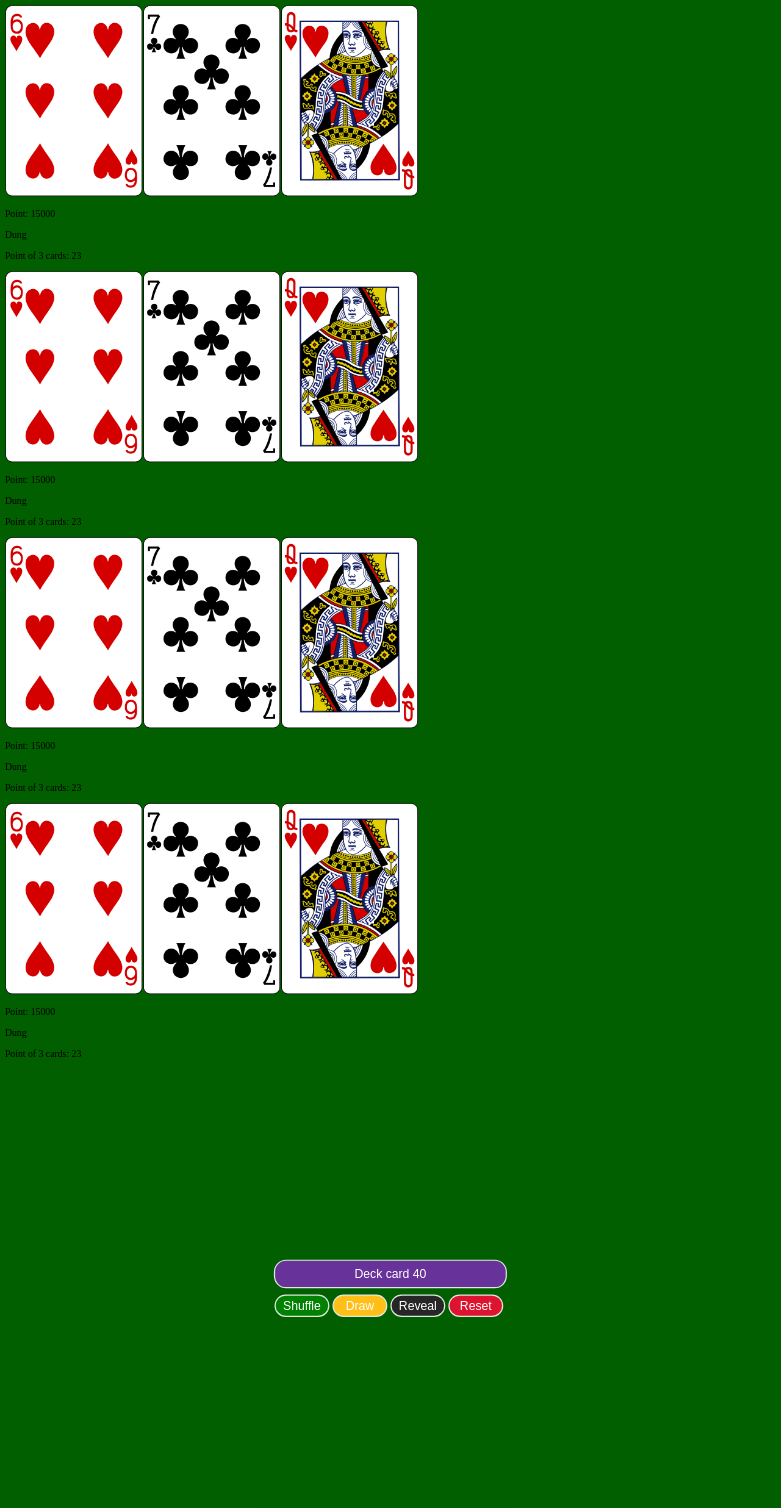
Repository: tiendungjr123/app-baicao
Page: /
The author's editor kept a copy of each file at every save. The page is drawn from the files as they stood at one save, then again after the next save.
The browser window is 1280 px wide. The pictures show the whole page, at 61% of full size.
The page's requests for data from a server got no answer. The project was rebuilt for these pictures with package versions that can differ from the ones it lists, and the page was loaded fresh each time. No one was signed in, and anything a server would have sent is missing. Also part of the build but not shown: src/index.css.

Above is the page before, as saved 2022-10-11 01:53:02.

### src/index.js
import React from 'react';
import ReactDOM from 'react-dom/client';
import './index.css';
import App from './App';

const root = ReactDOM.createRoot(document.getElementById('root'));
root.render(
      <App />
);

### src/App.js
import './App.css';
import CardList from './Components/cardList';
import Table from './Components/table';

function App() {
   return (
      <div className="app">
         <CardList />
         <Table />
      </div>

   );
}

export default App;

### src/App.css
@import "./Scss/style.css";

### src/Components/cardList.jsx
import React from 'react';
import Card from './card';
const CardList = () => {
   return (
      <>
         <div className="card-top">
            <Card />
         </div>
         <div className="card-left">
            <Card />
         </div>
         <div className="card-right">
            <Card />
         </div>
         <div className="card-bottom">
            <Card />
         </div>
      </>
   );
}

export default CardList;

### src/Components/table.jsx
import React ,{useEffect, useState} from 'react';
import { getDrawCard, getShuffleCard } from '../apis';


const Table = () => {
   const [deck_id, setDect_id] = useState('');
   useEffect(() =>{
      getShuffleCard().then((res) =>{
         setDect_id(res.data.deck_id);
      })
   },[]);

   // useEffect(()=>{
   //    getDrawCard().then((res)=>{
   //       console.log(res.data)
   //    })
   // },[deck_id])
   const ShuffleCard = () =>{
   }
   return (
      <div className='table'>
         <button className='btn-deck-card'>Deck card 40</button>
         <div className='btn-action'>
            <button onClick={ShuffleCard} className='btn btn-shuffle'>Shuffle</button>
            <button className='btn btn-draw'>Draw</button>
            <button className='btn btn-reveal'>Reveal</button>
            <button className='btn btn-reset'>Reset</button>
         </div>
      </div>
   );
}

export default Table;

### src/Scss/style.css
.table {
  height: 100vh;
  display: flex;
  justify-content: center;
  align-items: center;
  flex-direction: column;
}
.table .btn-deck-card {
  border: 2px solid #DFE8DE;
  border-radius: 20px;
  color: #fff;
  font-size: 20px;
  font-weight: 400;
  background-color: #673299;
  padding: 10px 130px;
  margin-bottom: 10px;
}
.table .btn-action .btn {
  border: 2px solid #DFE8DE;
  border-radius: 20px;
  color: #fff;
  font-size: 20px;
  font-weight: 400;
  margin-right: 5px;
  padding: 5px 10px;
  width: 90px;
  cursor: pointer;
}
.table .btn-action .btn-shuffle {
  background-color: #008101;
}
.table .btn-action .btn-draw {
  background-color: #FFBF18;
}
.table .btn-action .btn-reveal {
  background-color: #262627;
}
.table .btn-action .btn-reset {
  background-color: #dd142f;
}

body {
  background-color: #015F00;
  height: 100vh;
}/*# sourceMappingURL=style.css.map */

### src/Components/card.jsx
import React from 'react';
import img_6H from '../assets/images/6H.png';
import img_7C from '../assets/images/7C.png';
import img_QH from '../assets/images/QH.png';
const Card = () => {
   return (
      <div className='card'>
         <div className='card-img'>
            <img  src={img_6H} alt="6h" />
            <img  className='img-center' src={img_7C} alt="7c" />
            <img  src={img_QH} alt="qh" />
         </div>
         <p className='point'>Point: 15000</p>
         <p className='user'>Dung</p>
         <p className='point'>Point of 3 cards: 23</p>
      </div>
   );
}

export default Card;

### src/apis/index.js
import axios from 'axios';

export const getShuffleCard = () =>
   axios.get('https://deckofcardsapi.com/api/deck/new/shuffle/?deck_count=1');

export const getDrawCard = (deck_id) =>
   axios.get(`https://deckofcardsapi.com/api/deck/${deck_id}/draw/?count=2`);

Loaded but not shown: public/index.html (common file)

After the next save:
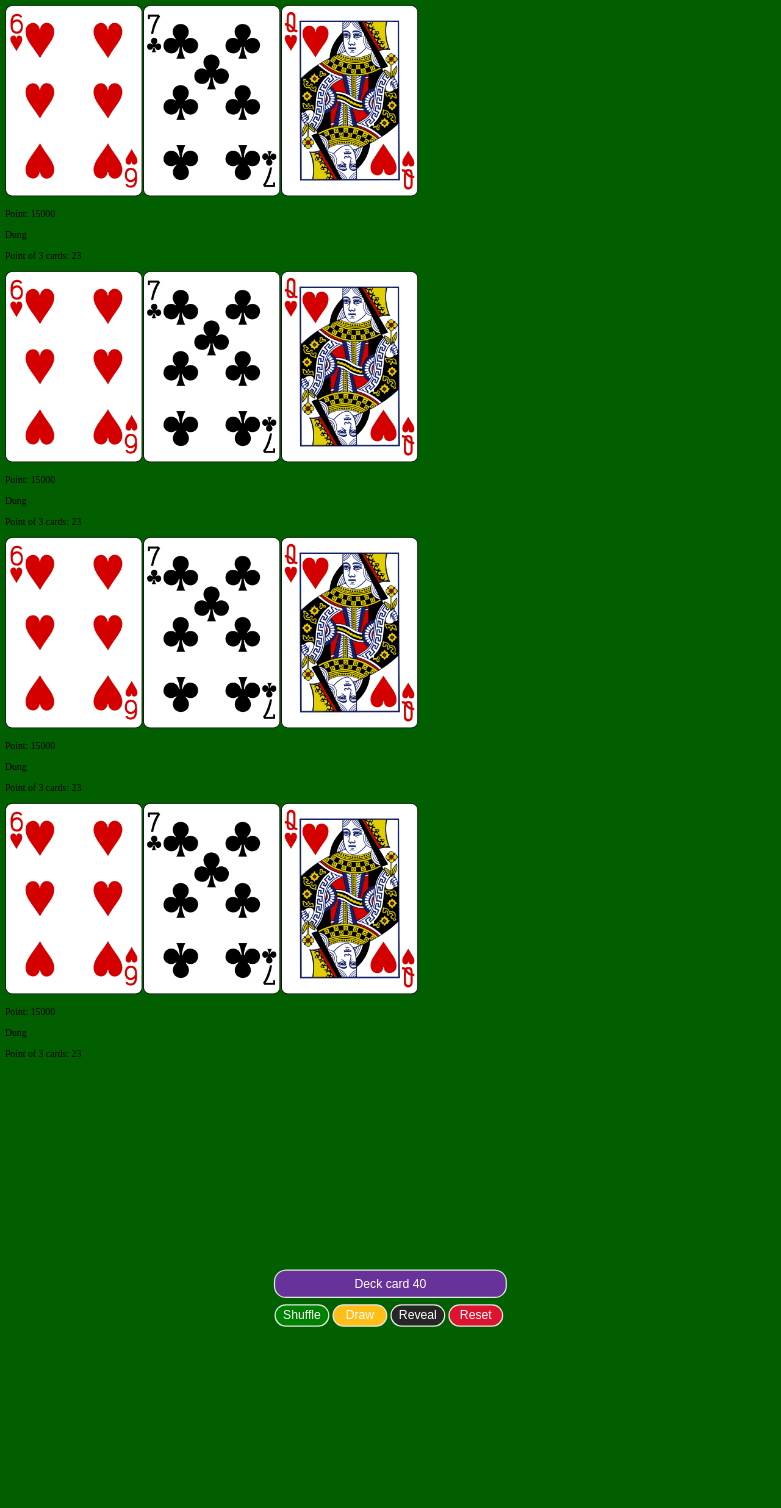
Saved 13 s later.
--- a/src/Components/table.jsx
+++ b/src/Components/table.jsx
@@ -19,6 +19,7 @@ const Table = () => {
    }
    return (
       <div className='table'>
+         <p>{deck_id}</p>
          <button className='btn-deck-card'>Deck card 40</button>
          <div className='btn-action'>
             <button onClick={ShuffleCard} className='btn btn-shuffle'>Shuffle</button>
